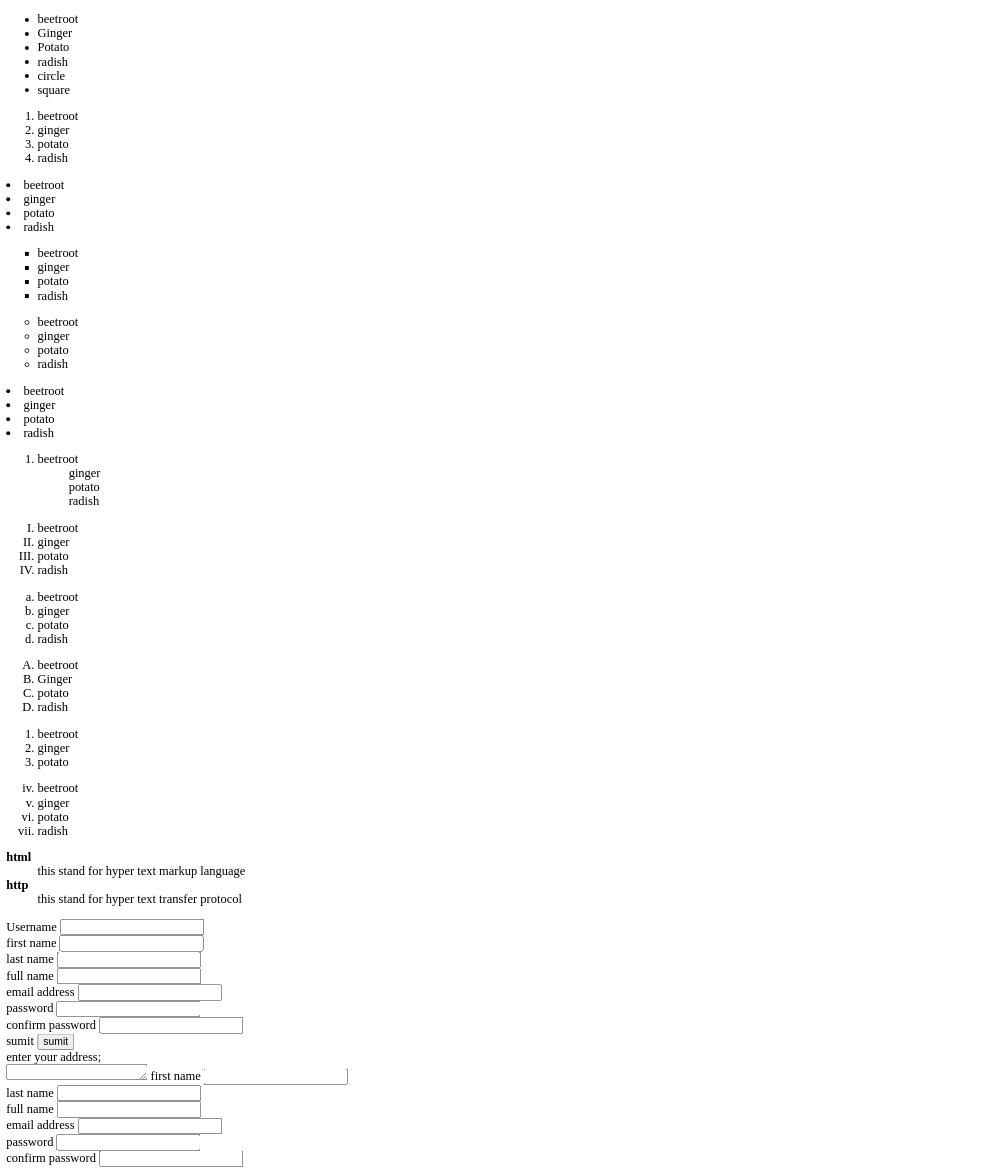
Repository: Achuut/first-code-lessons
Page: Achut.HTML
The author's editor kept a copy of each file at every save. The page is drawn from the files as they stood at one save, then again after a run of saves.
The browser window is 1280 px wide. The pictures show the whole page, at 78% of full size.

Above is the page before, as saved 2023-03-08 11:49:08.

### Achut.HTML
<!DOCTYPE html>
<html lang="en">
<head>
    <meta charset="UTF-8">
    <meta http-equiv="X-UA-Compatible" content="IE=edge">
    <meta name="viewport" content="width=device-width, initial-scale=1.0">
    <title>Document</title>
    <link rel="stylesheet" href="/Mijak.CSS">

</head>
<body>
    <ul>
        <li>beetroot</li>
        <li>Ginger</li>
        <li>Potato</li>
        <li>radish</li>
        <li>circle</li>
        <li>square</li>
    </ul>
    <ol>
        <li>beetroot</li>
        <li>ginger</li>
        <li>potato</li>
        <li>radish</li>
    </ol>
     <dl>
        <li>beetroot</li>
        <li>ginger</li>
        <li>potato</li>
        <li>radish</li>
     </dl>
     <ul type ="square">
        <li>beetroot</li>
        <li>ginger</li>
        <li>potato</li>
        <li>radish</li>
     </ul>
     <ul type ="circle">
        <li>beetroot</li>
        <li>ginger</li>
        <li>potato</li>
        <li>radish</li>
    </ul type = "disc">
      <li>beetroot</li>
      <li>ginger</li>
      <li>potato</li>
      <li>radish</li>
      <ol types = "i">
        <li>beetroot</li>
        <ol>ginger</ol>
        <ol>potato</ol>
        <ol>radish</ol>
      </ol>
      <ol type = "I">
        <li>beetroot</li>
        <li>ginger</li>
        <li>potato</li>
        <li>radish</li>
      </ol>
      <ol type = "a">
        <li>beetroot</li>
        <li>ginger</li>
        <li>potato</li>
        <li>radish</li>
      </ol>
      <ol type = "A">
        <li>beetroot</li>
        <LI>Ginger</LI>
        <LI>potato</LI>
        <li>radish</li>
      </ol>
      <ol>
        <li>beetroot</li>
        <li>ginger</li>
        <li>potato</li>
      </ol>
      <ol type = "i" start = "4">
        <li>beetroot</li>
        <li>ginger</li>
        <li>potato</li>
        <li>radish</li>
      </ol>
      <dl>
        <dt>
          <b>html</b></dt>
          <dd>this stand for hyper text markup language</dd>
          <dt><b>http</b></dt>
          <dd>this stand for hyper text transfer protocol</dd>
      </dl>
      <Form>
        Username <input type="text" name="username"><br>
        first name <input type="text" name="firstname"><br>
        last name <input type="text" name="lastname"><br>
        full name <input type="text" name="fullname"><br>
        email address <input type="email" name="email"><br>
        password <input type="password" name="password"><br>
        confirm password <input type="text" name="confirm password"><br>
        sumit <button>sumit</button><br>
      </Form>

      <form>
      enter your address;<br>
      <textarea name="2" id="" cols="20" rows="1"></textarea>
      first name <input type="text" name="firstname"><br>
      last name <input type="text" name="lastname"><br>
      full name <input type="text" name="fullname"><br>
      email address <input type="text" name="email"><br>
      password <input type="text" name="password"><br>
      confirm password <input type="text" name="confirm password"><br>
      </form>
</body>

Loaded but not shown: Mijak.CSS (no stored copy; drawn as an empty file)

After the next 2 saves:
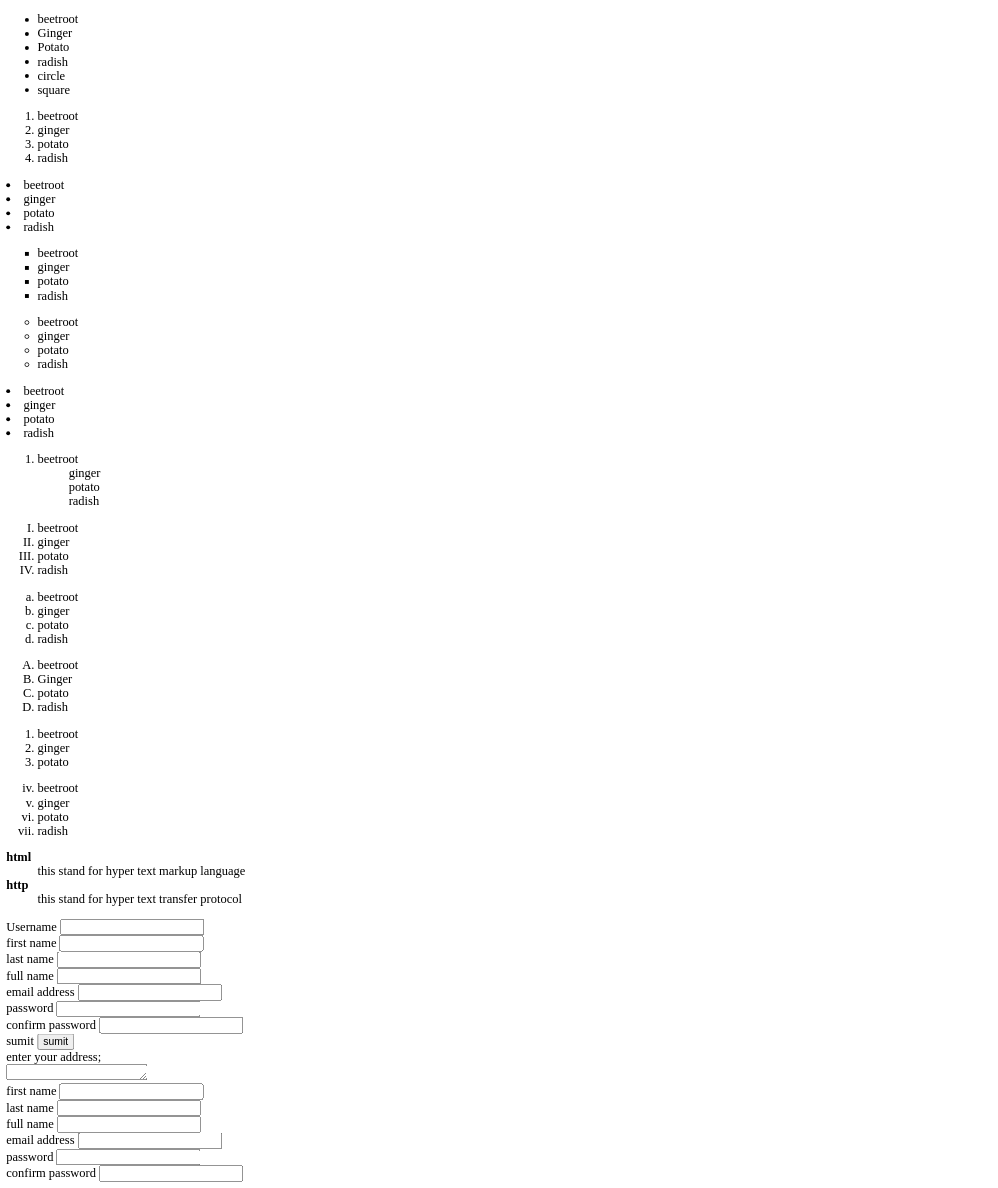
The 2 saves are shown as one change because they came seconds apart.
The last was saved 35 s later.
--- a/Achut.HTML
+++ b/Achut.HTML
@@ -100,7 +100,7 @@
 
       <form>
       enter your address;<br>
-      <textarea name="2" id="" cols="20" rows="1"></textarea>
+      <textarea name="2" id="" cols="20" rows="1"></textarea><br>
       first name <input type="text" name="firstname"><br>
       last name <input type="text" name="lastname"><br>
       full name <input type="text" name="fullname"><br>
